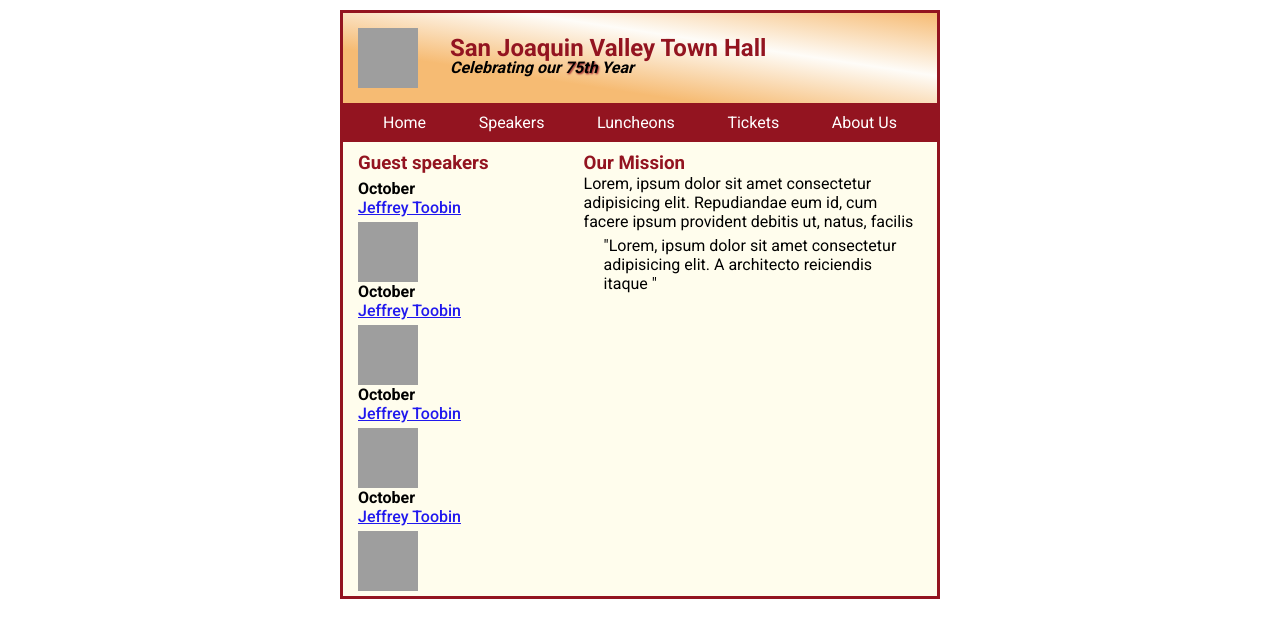
Repository: Mannj-nef/ex-5-6-7-8_IvVettech
Page: index.html
These files come from the project's save history. The page is drawn as it stood at one moment and after the next save; the edit follows.
The browser window is 1280 px wide. The pictures show the whole page.
Pictures or frames that could not be fetched are drawn as grey boxes.

Above is the page before, as saved 2022-03-24 22:04:59.

### index.html
<!DOCTYPE html>
<html lang="en">
  <head>
    <meta charset="UTF-8" />
    <meta http-equiv="X-UA-Compatible" content="IE=edge" />
    <meta name="viewport" content="width=device-width, initial-scale=1.0" />
    <link rel="stylesheet" href="./Asset/style.css" />
    <link rel="preconnect" href="https://fonts.googleapis.com" />
    <link rel="preconnect" href="https://fonts.gstatic.com" crossorigin />
    <link
      href="https://fonts.googleapis.com/css2?family=Roboto:wght@300;400;500;700&display=swap"
      rel="stylesheet"
    />
    <title>Exercise5-6</title>
    <link
      rel="shortcut icon"
      href="https://iviettech.vn/wp-content/themes/viettech/img/front/favicon.ico"
      type="image/x-icon"
    />
  </head>
  <body>
    <div id="app">
      <header id="header">
        <div class="header-top">
          <div class="header-image__wrapper">
            <img
              src="https://source.unsplash.com/random"
              alt=""
              class="header-image"
            />
          </div>
          <div class="header-main">
            <h2 class="header-main__title">San Joaquin Valley Town Hall</h2>
            <p class="header-main__decs">
              Celebrating our
              <span class="header-main__decs-b"
                >75 <span class="header-main__decs-c">th</span>
              </span>
              Year
            </p>
          </div>
        </div>
        <div class="header-nav">
          <ul class="header-nav__list">
            <li class="header-nav__item">
              <a href="" class="header-nav__link">Home</a>
            </li>
            <li class="header-nav__item">
              <a href="" class="header-nav__link">Speakers</a>
            </li>
            <li class="header-nav__item">
              <a href="" class="header-nav__link">Luncheons</a>
            </li>
            <li class="header-nav__item">
              <a href="" class="header-nav__link">Tickets</a>
            </li>
            <li class="header-nav__item">
              <a href="" class="header-nav__link">About Us</a>
            </li>
          </ul>
        </div>
      </header>
      <section id="content">
        <div class="content-left">
          <h3 class="content-title">Guest speakers</h3>

          <div class="content-left__member">
            <p class="content-left__member-month">October</p>
            <a href="" class="content-left__member-link">Jeffrey Toobin</a>
            <div class="content-left__member-avata-wrapper">
              <img
                src="https://source.unsplash.com/random"
                alt=""
                class="content-left__member-avata"
              />
            </div>
          </div>
          <div class="content-left__member">
            <p class="content-left__member-month">October</p>
            <a href="" class="content-left__member-link">Jeffrey Toobin</a>
            <div class="content-left__member-avata-wrapper">
              <img
                src="https://source.unsplash.com/random"
                alt=""
                class="content-left__member-avata"
              />
            </div>
          </div>
          <div class="content-left__member">
            <p class="content-left__member-month">October</p>
            <a href="" class="content-left__member-link">Jeffrey Toobin</a>
            <div class="content-left__member-avata-wrapper">
              <img
                src="https://source.unsplash.com/random"
                alt=""
                class="content-left__member-avata"
              />
            </div>
          </div>
          <div class="content-left__member">
            <p class="content-left__member-month">October</p>
            <a href="" class="content-left__member-link">Jeffrey Toobin</a>
            <div class="content-left__member-avata-wrapper">
              <img
                src="https://source.unsplash.com/random"
                alt=""
                class="content-left__member-avata"
              />
            </div>
          </div>
        </div>
        <div class="constent-right">
          <h3 class="content-title">Our Mission</h3>
          <p class="constent-right__desc">
            Lorem, ipsum dolor sit amet consectetur adipisicing elit.
            Repudiandae eum id, cum facere ipsum provident debitis ut, natus,
            facilis
          </p>
          <p class="constent-right__desc-sub">
            "Lorem, ipsum dolor sit amet consectetur adipisicing elit. A
            architecto reiciendis itaque "
          </p>
        </div>
      </section>
    </div>
  </body>
</html>

### Asset/style.css
* {
  margin: 0;
  padding: 0;
  box-sizing: border-box;
}
html {
  font-family: "Roboto", sans-serif;
}
:root {
  --prymary-color: #931420;
  --white-color: #fff;
  --yellow-color: #ebc700;
  --blue-color: #2119ee;
  --size: 60px;
}

#app {
  margin: 10px auto;
  width: 600px;
  border: 3px solid var(--prymary-color);
}

#header {
}
.header-top {
  padding: 15px;
  display: flex;
  align-items: center;
  background-image: linear-gradient(
    to right top,
    #f6bb73 30%,
    #fefcf8,
    #f6bb73
  );
}
.header-image__wrapper {
  width: var(--size);
  height: var(--size);
  margin-right: 2em;
}
.header-image {
  width: 100%;
  height: 100%;
}
.header-main {
  line-height: 20px;
}
.header-main__title {
  color: var(--prymary-color);
}
.header-main__decs {
  color: #000;
  font-weight: 600;
  font-style: italic;
}
.header-main__decs-b {
  display: inline-flex;
  text-shadow: 1px 1px 2px var(--prymary-color);
}
.header-nav {
  background-color: var(--prymary-color);
}
.header-nav__list {
  list-style: none;
  display: flex;
  justify-content: space-between;
  padding: 0 20px;
}
.header-nav__item {
  padding: 10px 20px;
}
.header-nav__link {
  font-weight: 400;
  text-decoration: none;
  color: var(--white-color);
}
.header-nav__item:hover .header-nav__link {
  color: var(--yellow-color);
}

#content {
  background-color: #fffded;
  padding: 10px 15px;
  display: flex;
}

.content-left {
  width: 40%;
}
.content-title {
  color: var(--prymary-color);
}
.content-left__member {
}
.content-left__member-month {
  margin-top: 5px;
  font-weight: 600;
}
.content-left__member-link {
  font-weight: 500;
  color: var(--blue-color);
}
.content-left__member-avata-wrapper {
  width: var(--size);
  height: var(--size);
}
.content-left__member-avata {
  margin-top: 5px;
  width: 100%;
  height: 100%;
}
.constent-right {
  width: 60%;
}
.constent-right__desc-sub {
  padding: 5px 20px;
}
.constent-right-title {
  font-weight: 600;
  color: #000;
  border: 2px solid var(--prymary-color);
}

After the next save:
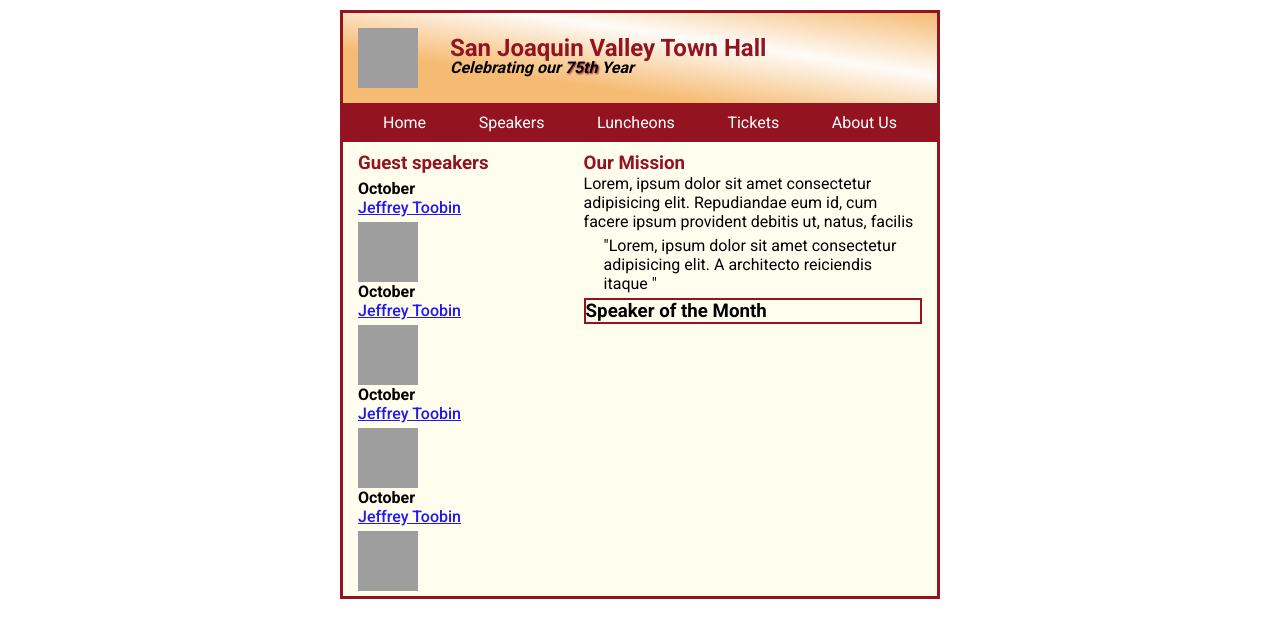
Saved 5 s later.
--- a/index.html
+++ b/index.html
@@ -120,6 +120,7 @@
             "Lorem, ipsum dolor sit amet consectetur adipisicing elit. A
             architecto reiciendis itaque "
           </p>
+          <h3 class="constent-right-title">Speaker of the Month</h3>
         </div>
       </section>
     </div>
